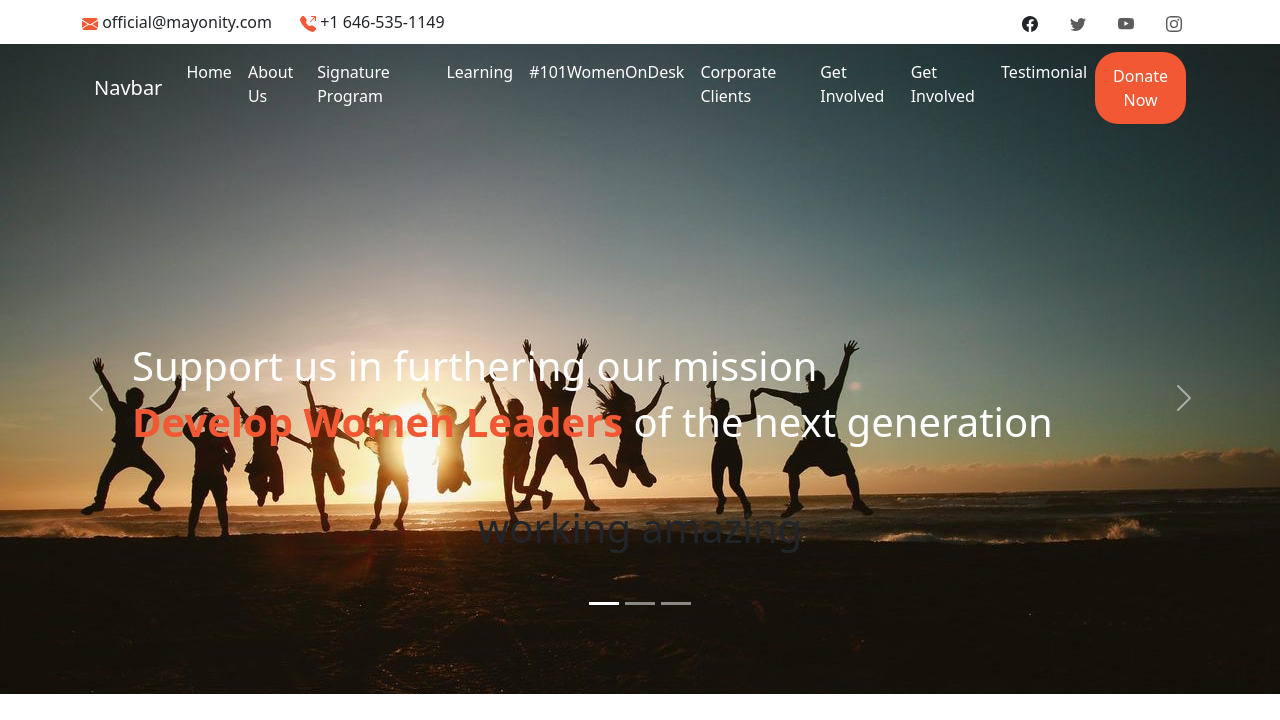
Repository: rizwan-zafar/wings
Page: /
An editor plug-in stored every save of this project. The page is shown before and after a run of saves, followed by the edit.
The browser window is 1280 px wide. The pictures show the whole page.
The project was rebuilt for these pictures with package versions that can differ from the ones it lists, and the page was loaded fresh each time.

Above is the page before, as saved 2022-11-26 23:01:57.

### public/index.html
<!DOCTYPE html>
<html lang="en">
  <head>
    <meta charset="utf-8" />
    <link rel="icon" href="%PUBLIC_URL%/favicon.ico" />
    <meta name="viewport" content="width=device-width, initial-scale=1" />
    <meta name="theme-color" content="#000000" />
    <meta
      name="description"
      content="Web site created using create-react-app"
    />
    <link rel="apple-touch-icon" href="%PUBLIC_URL%/logo192.png" />
    <!--
      manifest.json provides metadata used when your web app is installed on a
      user's mobile device or desktop. See https://developers.google.com/web/fundamentals/web-app-manifest/
    -->
    <link rel="manifest" href="%PUBLIC_URL%/manifest.json" />
    <!--
      Notice the use of %PUBLIC_URL% in the tags above.
      It will be replaced with the URL of the `public` folder during the build.
      Only files inside the `public` folder can be referenced from the HTML.

      Unlike "/favicon.ico" or "favicon.ico", "%PUBLIC_URL%/favicon.ico" will
      work correctly both with client-side routing and a non-root public URL.
      Learn how to configure a non-root public URL by running `npm run build`.
    -->
    <title>Wings</title>
  </head>
  <body>
    <noscript>You need to enable JavaScript to run this app.</noscript>
    <div id="root"></div>
    <!--
      This HTML file is a template.
      If you open it directly in the browser, you will see an empty page.

      You can add webfonts, meta tags, or analytics to this file.
      The build step will place the bundled scripts into the <body> tag.

      To begin the development, run `npm start` or `yarn start`.
      To create a production bundle, use `npm run build` or `yarn build`.
    -->
  </body>
</html>

### src/index.js
import React from 'react';
import ReactDOM from 'react-dom/client';
import './index.css';
import App from './App';
import "../node_modules/bootstrap/dist/css/bootstrap.min.css"
import "../node_modules/bootstrap/dist/js/bootstrap.min.js"

const root = ReactDOM.createRoot(document.getElementById('root'));
root.render(
  <React.StrictMode>
    <App />
  </React.StrictMode>
);

// If you want to start measuring performance in your app, pass a function
// to log results (for example: reportWebVitals(console.log))
// or send to an analytics endpoint. Learn more: https://bit.ly/CRA-vitals

### src/index.css
html {
  margin: 0;
  padding: 0;
  font-family: -apple-system, BlinkMacSystemFont, 'Segoe UI', 'Roboto', 'Oxygen',
    'Ubuntu', 'Cantarell', 'Fira Sans', 'Droid Sans', 'Helvetica Neue',
    sans-serif;
  -webkit-font-smoothing: antialiased;
  -moz-osx-font-smoothing: grayscale;
}
.icons{
  color:#f15833 ;
}
.social-icons{
  color:#000000a3
}

### src/App.js
import Home from "./Pages/Home"
function App() {
  return (

    <>
      <Home />
    </>

  );
}

export default App;

### src/Pages/Home.js
import React from 'react'
import TopNavbar from "../Components/Topnavbar"
// import Navbar from "../Components/Navbar"
import Slider from "../Components/Slider"
export default function Home() {
    return (
        <div>
            <TopNavbar />
            {/* <Navbar /> */}
            <Slider />
        </div>
    )
}

### src/Components/Topnavbar.js
import React from 'react'
import "../Css/Topnav.css"
import { EnvelopeFill, TelephoneOutboundFill, Twitter, Youtube, Instagram, Facebook } from "react-bootstrap-icons"
export default function Topnavbar() {
    return (
        <div className="top-bar container d-flex justify-content-between">
            <div>
                <span> <EnvelopeFill className="icons" /> official@mayonity.com</span>
                <span className="set-padding p-4"> <TelephoneOutboundFill className="icons ml-3" /> +1 646-535-1149</span>
            </div>
            <div>
                <span className="p-3 social-icons-"><Facebook /></span>
                <span className="p-3 social-icons"><Twitter /></span>
                <span className="p-3 social-icons"><Youtube /></span>
                <span className="p-3 social-icons"><Instagram /></span>
            </div>
        </div>
    )
}

### src/Components/Slider.js
import React from 'react'
import "../Css/Slider.css"
import Navbar from "../Components/Navbar"
export default function Slider() {
    return (
        <div className="set-slider">
            <Navbar />
             <div id="carouselExampleCaptions" className=" carousel slide" data-bs-ride="false">
                <div className="carousel-indicators">
                    <button type="button" data-bs-target="#carouselExampleCaptions" data-bs-slide-to="0" className="active" aria-current="true" aria-label="Slide 1"></button>
                    <button type="button" data-bs-target="#carouselExampleCaptions" data-bs-slide-to="1" aria-label="Slide 2"></button>
                    <button type="button" data-bs-target="#carouselExampleCaptions" data-bs-slide-to="2" aria-label="Slide 3"></button>
                </div>
                <div className="carousel-inner container">
                    <div className="carousel-item active">
                         <div>
                            <h1>Support us in furthering our mission</h1>
                            <h1><strong>Develop Women Leaders</strong> of the next generation</h1>
                        </div>
                    </div>
                </div>
                <div>
                    <button className="carousel-control-prev" type="button" data-bs-target="#carouselExampleCaptions" data-bs-slide="prev">
                        <span className="carousel-control-prev-icon" aria-hidden="true"></span>
                        <span className="visually-hidden">Previous</span>
                    </button>
                    <button className="carousel-control-next" type="button" data-bs-target="#carouselExampleCaptions" data-bs-slide="next">
                        <span className="carousel-control-next-icon" aria-hidden="true"></span>
                        <span className="visually-hidden">Next</span>
                    </button>
                </div>
            </div>
            <div className="">
                <div className=" text-center">
                    <h1>working amazing</h1>
                </div>
            </div>
        </div>
    )
}

### src/Css/Topnav.css
.top-bar{
background-color: #fff;
padding: 10px;
}
.nav-container .btn
{
    background: #f15833;
    border-radius: 23px;
    color: white;
    padding: 11px;
    font-weight: 500;
}
 .nav-container nav ul li a
{
    color:  white;
}

### src/Css/Slider.css
.set-slider{
    background-image: url("/public/Images/header.jpg");
    background-size: cover;
    background-repeat: no-repeat;
    height: 650px;
}
.set-slider .carousel-indicators{
    top:300px
}
.set-slider .carousel-inner
{
     margin-top: 160px;
     color:white
}
.set-slider .carousel-inner .carousel-item>div
{

    padding: 50px;
}
.set-slider .carousel-inner h1
{

    font-weight: 400;
}
.set-slider .carousel-inner h1 strong
{
    color:#f15833
}

### src/Components/Navbar.js
import React from 'react'

export default function Navbar() {
    return (
        <div className="nav-container container">
        <nav className="navbar navbar-expand-lg navbar-dark">
  <div className="container-fluid">
    <a className="navbar-brand" href="/">Navbar</a>
    <button className="navbar-toggler" type="button" data-bs-toggle="collapse" data-bs-target="#navbarNav" aria-controls="navbarNav" aria-expanded="false" aria-label="Toggle navigation">
      <span className="navbar-toggler-icon"></span>
    </button>
    <div className="collapse navbar-collapse" id="navbarNav">
      <ul className="navbar-nav ms-auto">
        <li className="nav-item">
          <a className="nav-link active" aria-current="page" href="/">Home</a>
        </li>
        <li className="nav-item">
          <a className="nav-link" href="/">About Us</a>
        </li>
        <li className="nav-item">
          <a className="nav-link" href="/">Signature Program</a>
        </li>
        <li className="nav-item">
          <a className="nav-link" href="/">Learning</a>
        </li>
        <li className="nav-item">
          <a className="nav-link" href="/">#101WomenOnDesk</a>
        </li>
        <li className="nav-item">
          <a className="nav-link" href="/">Corporate Clients</a>
        </li>
        <li className="nav-item">
          <a className="nav-link" href="/">Get Involved</a>
        </li>
        <li className="nav-item">
          <a className="nav-link" href="/">Get Involved</a>
        </li>
        <li className="nav-item">
          <a className="nav-link" href="/">Testimonial</a>
        </li>
        <li className="nav-item">
          <a className="nav-link btn " href="/">Donate Now</a>
        </li>

      </ul>
    </div>
  </div>
</nav>
        </div>
    )
}

After the next 3 saves:
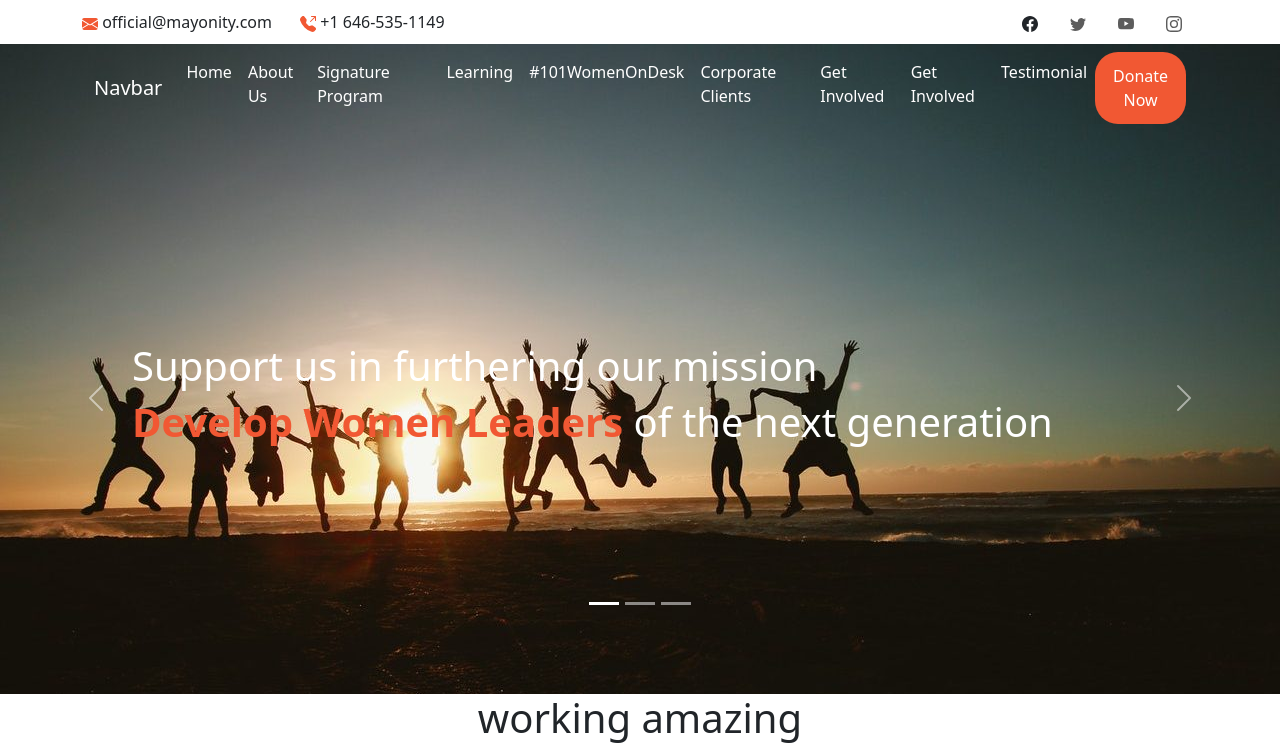
The 3 saves are shown as one change because 2 did not build or start.
The last was saved 7 min 15 s later.
--- a/src/Components/Slider.js
+++ b/src/Components/Slider.js
@@ -3,6 +3,7 @@ import "../Css/Slider.css"
 import Navbar from "../Components/Navbar"
 export default function Slider() {
     return (
+        <>
         <div className="set-slider">
             <Navbar />
              <div id="carouselExampleCaptions" className=" carousel slide" data-bs-ride="false">
@@ -30,11 +31,12 @@ export default function Slider() {
                     </button>
                 </div>
             </div>
+        </div>
             <div className="">
                 <div className=" text-center">
                     <h1>working amazing</h1>
                 </div>
             </div>
-        </div>
+            </>
     )
 }
